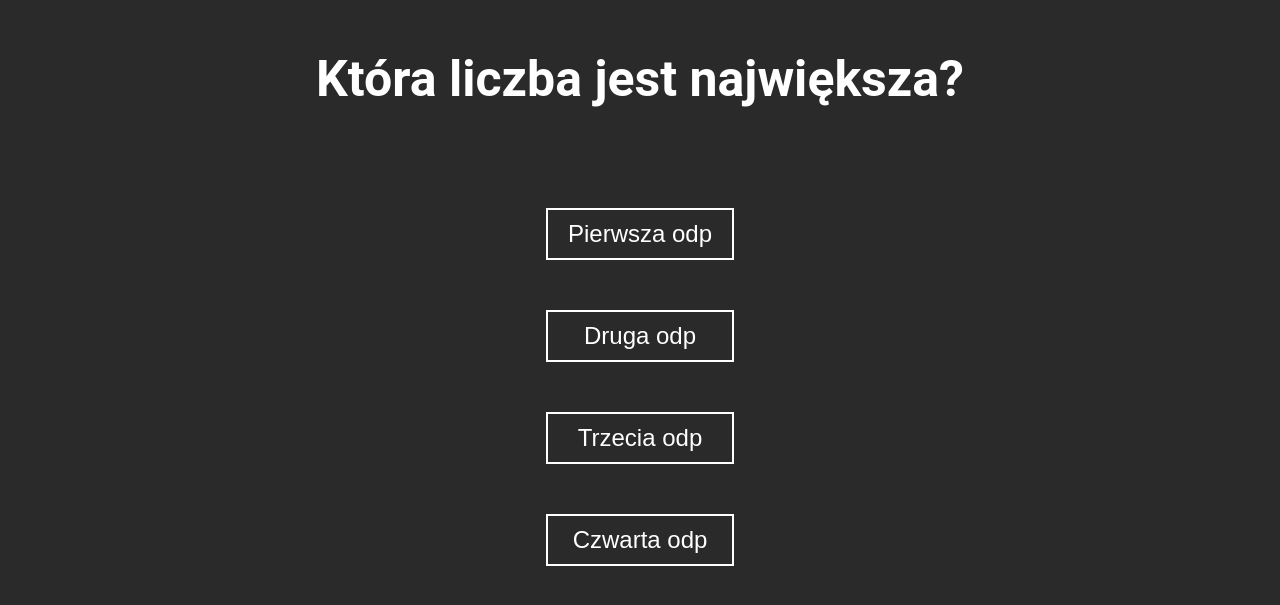
Repository: BaczkiewiczDawid/weatherApp
Page: index.html
The author's editor kept a copy of each file at every save. The page is drawn from the files as they stood at one save, then again after the next save.
The browser window is 1280 px wide. The pictures show the whole page.

Above is the page before, as saved 2020-02-22 18:42:46.
Console error: TypeError: Cannot read properties of null (reading 'addEventListener')

After the next save:
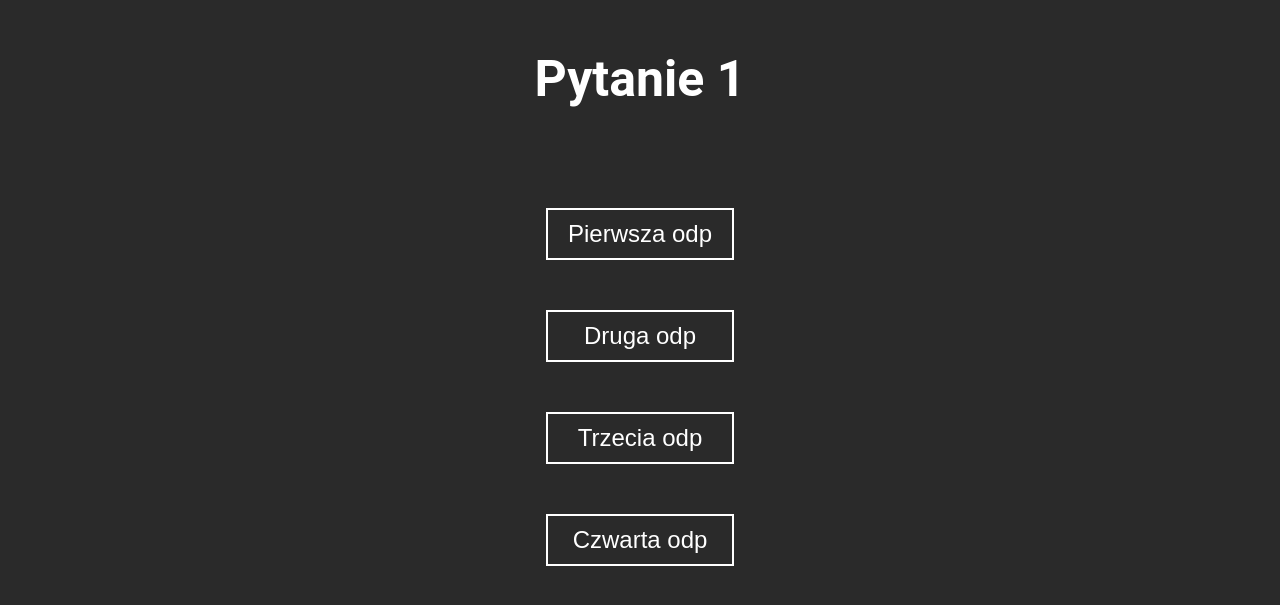
Console error: SyntaxError: Unexpected token '}'
Saved 21 s later.
--- a/app.js
+++ b/app.js
@@ -3,7 +3,7 @@
     first: "2",
     two: "53",
     three: "-43",
-    four: "64"
+    fourTrue: "64"
 }
 
 const h1 = document.querySelector("h1");
@@ -17,9 +17,9 @@
     buttonFirst.textContent = questionOne.first;
     buttonTwo.textContent = questionOne.two;
     buttonThree.textContent = questionOne.three;
-    buttonFour.textContent = questionOne.four;
+    buttonFour.textContent = questionOne.fourTrue;
 }
 
 function checkAnswer() {
-
+    if
 }

After the save that followed:
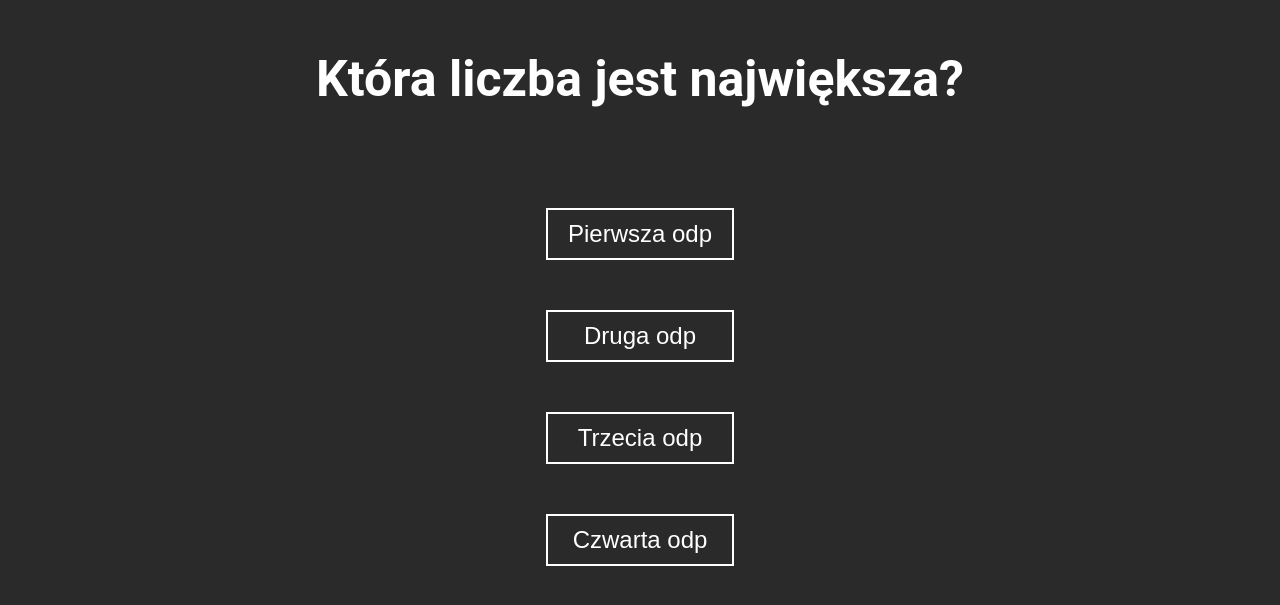
Console error: TypeError: Cannot read properties of null (reading 'addEventListener')
Saved 21 s later.
--- a/app.js
+++ b/app.js
@@ -19,7 +19,3 @@
     buttonThree.textContent = questionOne.three;
     buttonFour.textContent = questionOne.fourTrue;
 }
-
-function checkAnswer() {
-    if
-}
